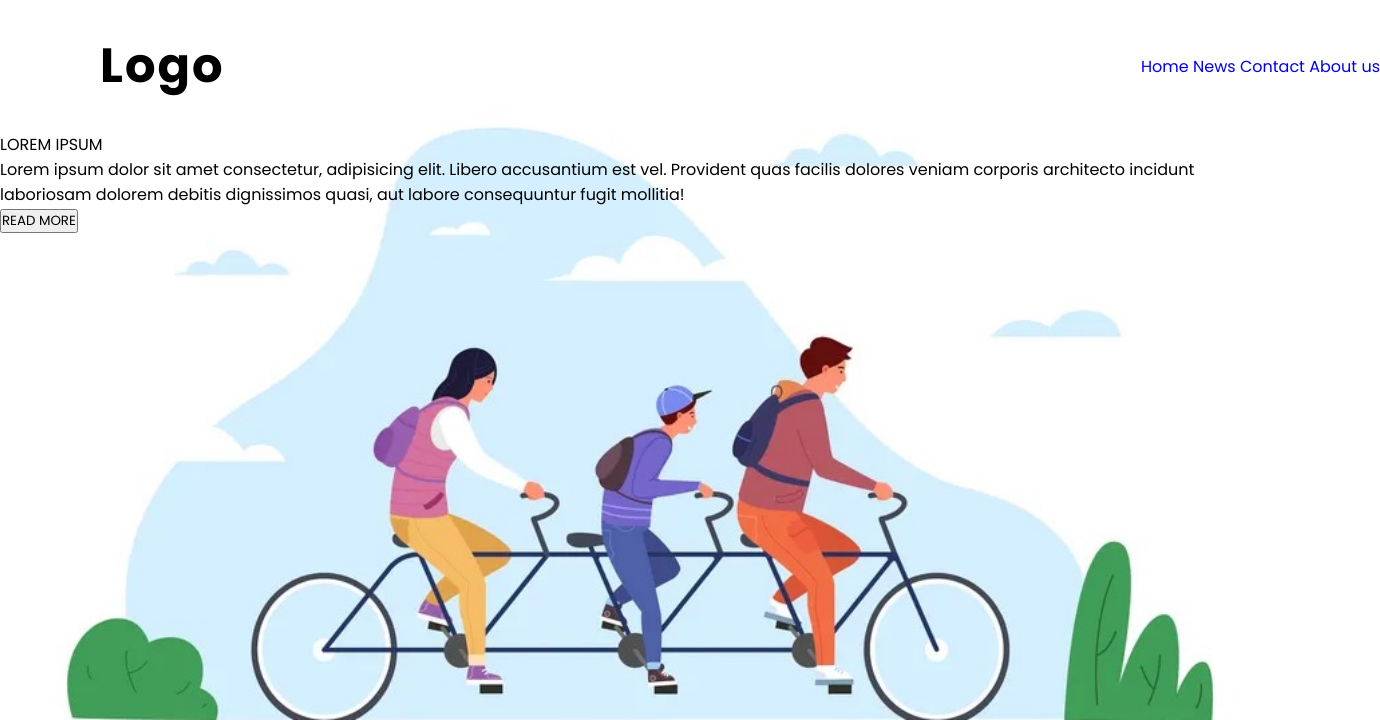
Repository: nganha241/1806
Page: index.html
The author's editor kept a copy of each file at every save. The page is drawn from the files as they stood at one save, then again after the next save.
The browser window is 1280 px wide. The page is 1380 px wide, so the pictures cover 1380 px, including what lies to the right of the window. The pictures show the whole page.

Above is the page before, as saved 2022-06-18 15:36:25.

### index.html
<!DOCTYPE html>
<html lang="en">
  <head>
    <meta charset="UTF-8" />
    <meta http-equiv="X-UA-Compatible" content="IE=edge" />
    <meta name="viewport" content="width=device-width, initial-scale=1.0" />
    <title>Document</title>
    <link rel="stylesheet" href="style.css" />
  </head>
  <body>
    <section>
      <header>
        <div class="logo">
          <h2>Logo</h2>
        </div>
        <div class="navigation">
          <a href="#">Home</a>
          <a href="#">News</a>
          <a href="#">Contact</a>
          <a href="#">About us</a>
        </div>
      </header>
      <div class="content">
        <div class="title">LOREM IPSUM</div>
        <p>
          Lorem ipsum dolor sit amet consectetur, adipisicing elit. Libero
          accusantium est vel. Provident quas facilis dolores veniam corporis
          architecto incidunt laboriosam dolorem debitis dignissimos quasi, aut
          labore consequuntur fugit mollitia!
        </p>
        <button class="btn-more">READ MORE</button>
      </div>
    </section>
  </body>
</html>

### style.css
@import url('https://fonts.googleapis.com/css2?family=Poppins:wght@300;400;500;600;700;800;900&display=swap');

* {
    box-sizing: border-box;
    padding: 0;
    margin: 0;
    font-family: 'Poppins', sans-serif;
}

a {
    text-decoration: none;
}

section {
    width: 100%;
    min-height: 100vh;
    display: flex;
    flex-direction: column;
    justify-content: flex-start;
    background: url('./bg.jpg');
    background-size: cover;
    background-position: center;
}

section header {
    position: relative;
    top: 0;
    width: 100%;
    margin: 30px 100px;
    display: flex;
    justify-content: space-between;
    align-items: center;
}

.logo {
    font-size: 32px;
    letter-spacing: 2px;
    cursor: pointer;
}

.navigation {

}

After the next save:
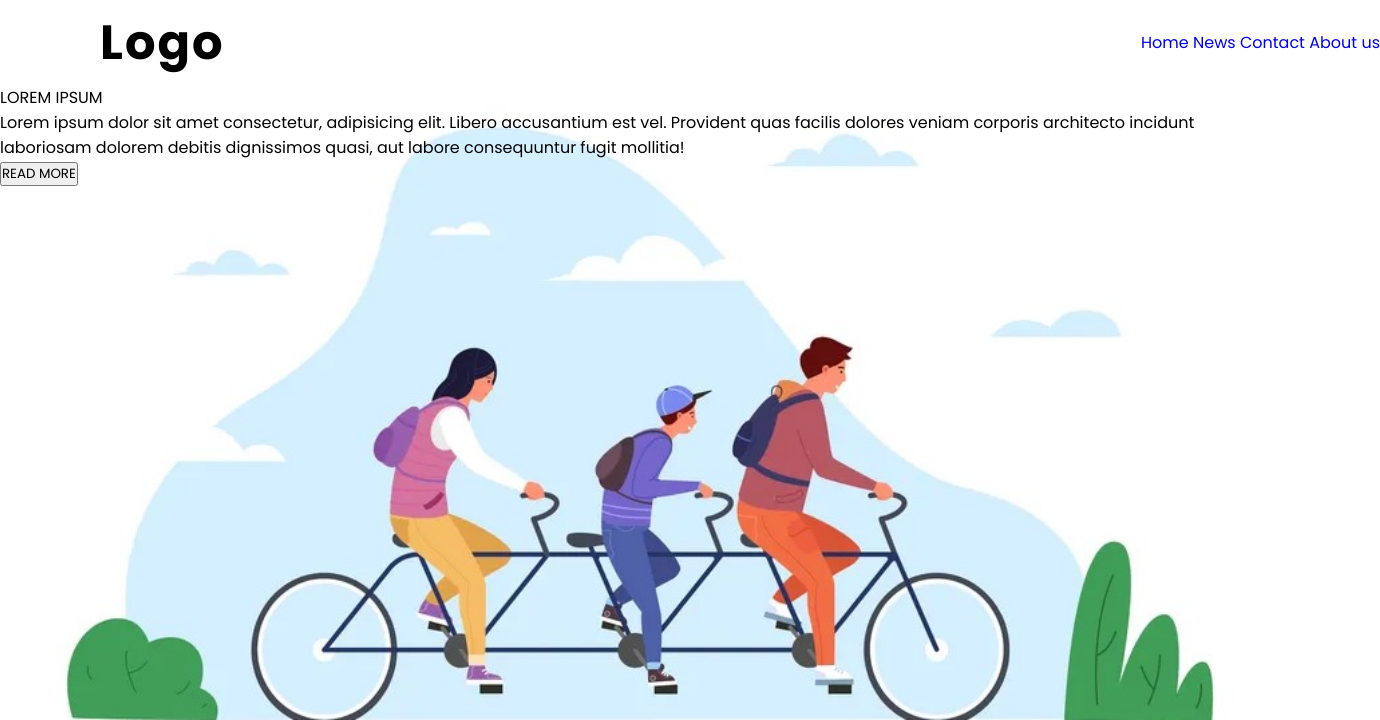
Saved 11 s later.
--- a/style.css
+++ b/style.css
@@ -36,6 +36,7 @@
     font-size: 32px;
     letter-spacing: 2px;
     cursor: pointer;
+    line-height: 10px;
 }
 
 .navigation {

After the save that followed:
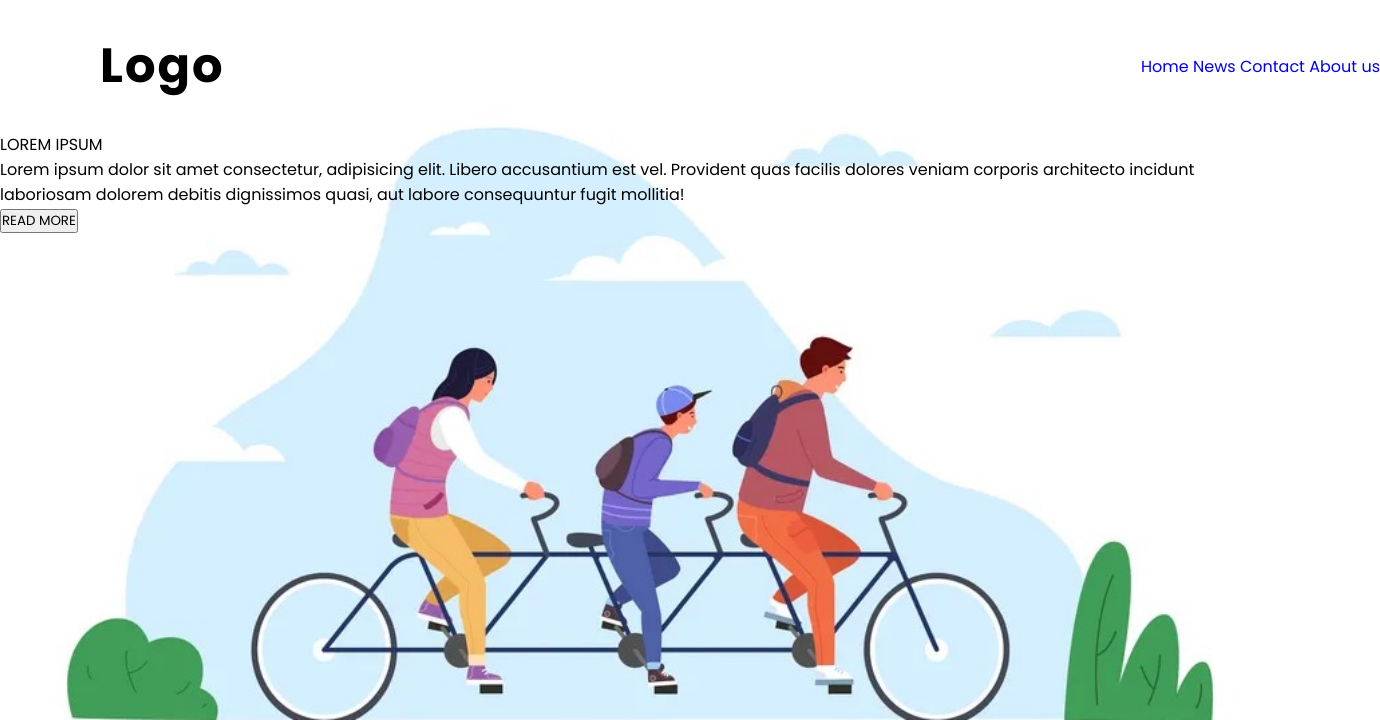
Saved 6 s later.
--- a/style.css
+++ b/style.css
@@ -36,7 +36,6 @@
     font-size: 32px;
     letter-spacing: 2px;
     cursor: pointer;
-    line-height: 10px;
 }
 
 .navigation {
